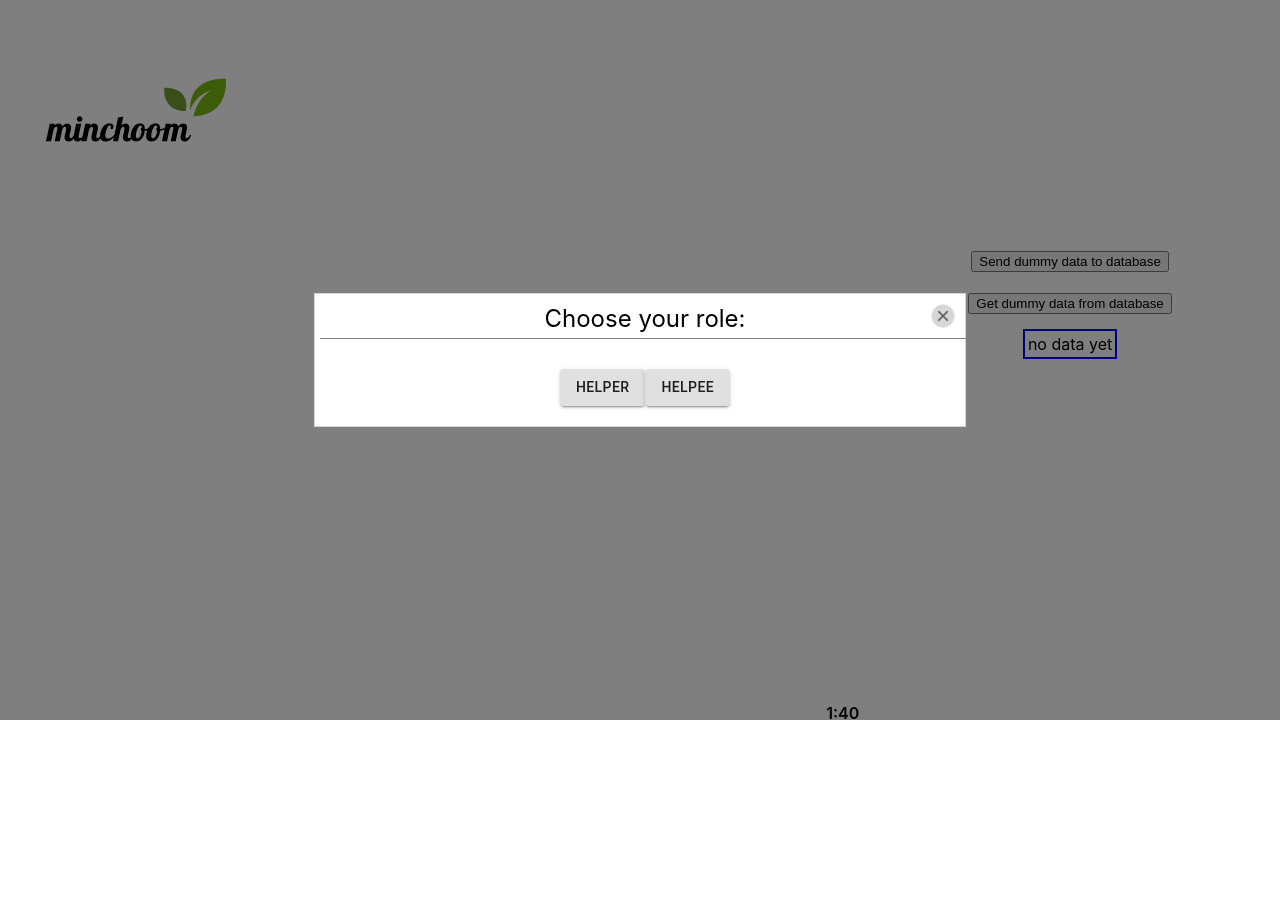
Repository: jeongeonp/MinChoAvengers
Page: / (app in minchoom/)
The author's editor kept a copy of each file at every save. The page is drawn from the files as they stood at one save, then again after a run of saves.
The browser window is 1280 px wide. The pictures show the whole page.
The project was rebuilt for these pictures with package versions that can differ from the ones it lists, and the page was loaded fresh each time.

Above is the page before, as saved 2020-11-19 17:41:19.

After the next 2 saves:
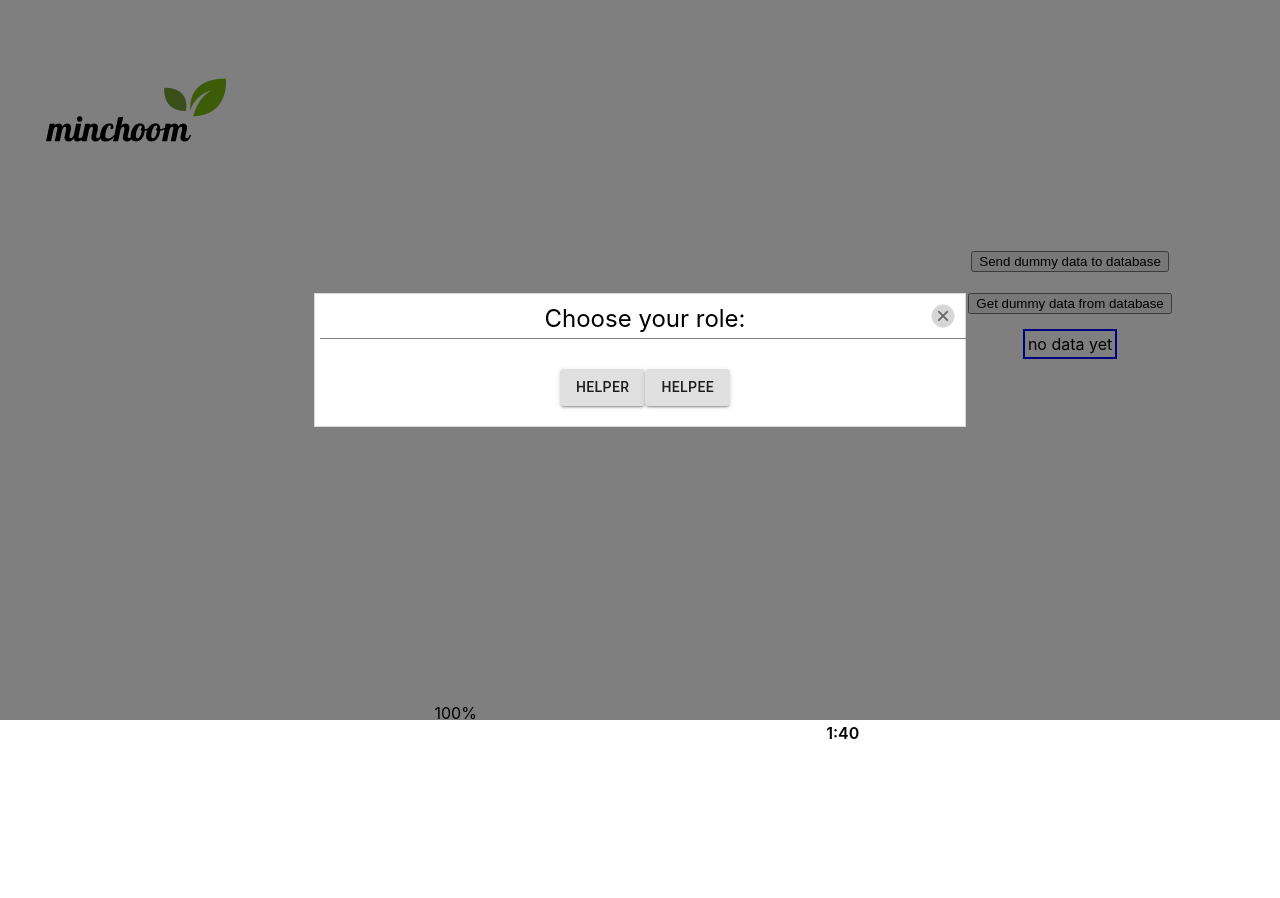
The 2 saves are shown as one change because 1 did not build or start.
The last was saved 87 min 41 s later.
--- a/minchoom/src/components/Timeline.js
+++ b/minchoom/src/components/Timeline.js
@@ -1,6 +1,7 @@
 import React from "react";
 import Popup from "reactjs-popup";
 import '../App.css';
+import { Header, Input, Form, Button, Progress, Dimmer, Loader } from 'semantic-ui-react';
 
 // Helper Functions
 function formatTime(time) {
@@ -28,7 +29,7 @@
         return (
             <div className="progressBar">
             {flags.map((value) => <div className="bookmark-tip" key={value} style={{left: value/videoTime*100+"%"}}>📌 <br/><span className="voice-command">"Replay"</span> </div>)}
-
+            <Progress percent={Math.floor(100)} progress='percent' color='blue' />
             <div className="time-progress">{formatTime(videoTime)}</div>
             </div>
         );
